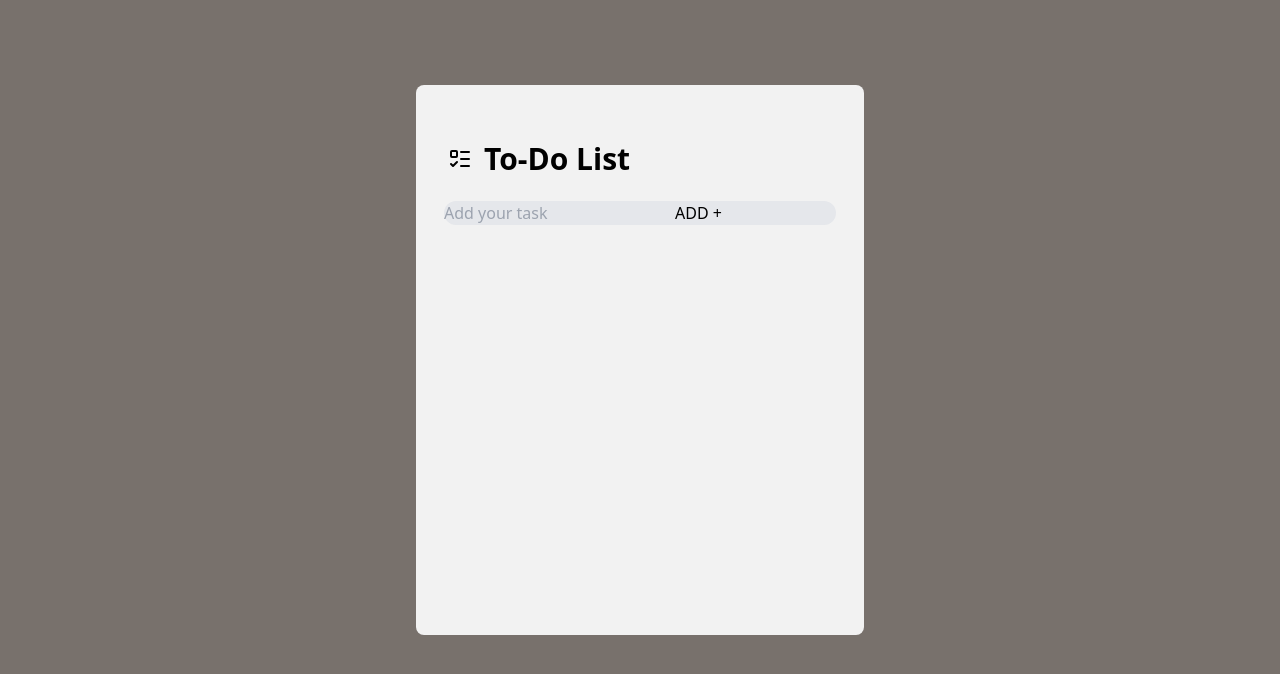
Repository: guilhermecardoso93/todolist-2025-tailwind
Page: /
These files come from the project's save history. The page is drawn as it stood at one moment and after the next save; the edit follows.
The browser window is 1280 px wide. The pictures show the whole page.
The project was rebuilt for these pictures with package versions that can differ from the ones it lists, and the page was loaded fresh each time. Also part of the build but not shown: vite.config.js.

Above is the page before, as saved 2024-11-07 20:01:09.

After the next save:
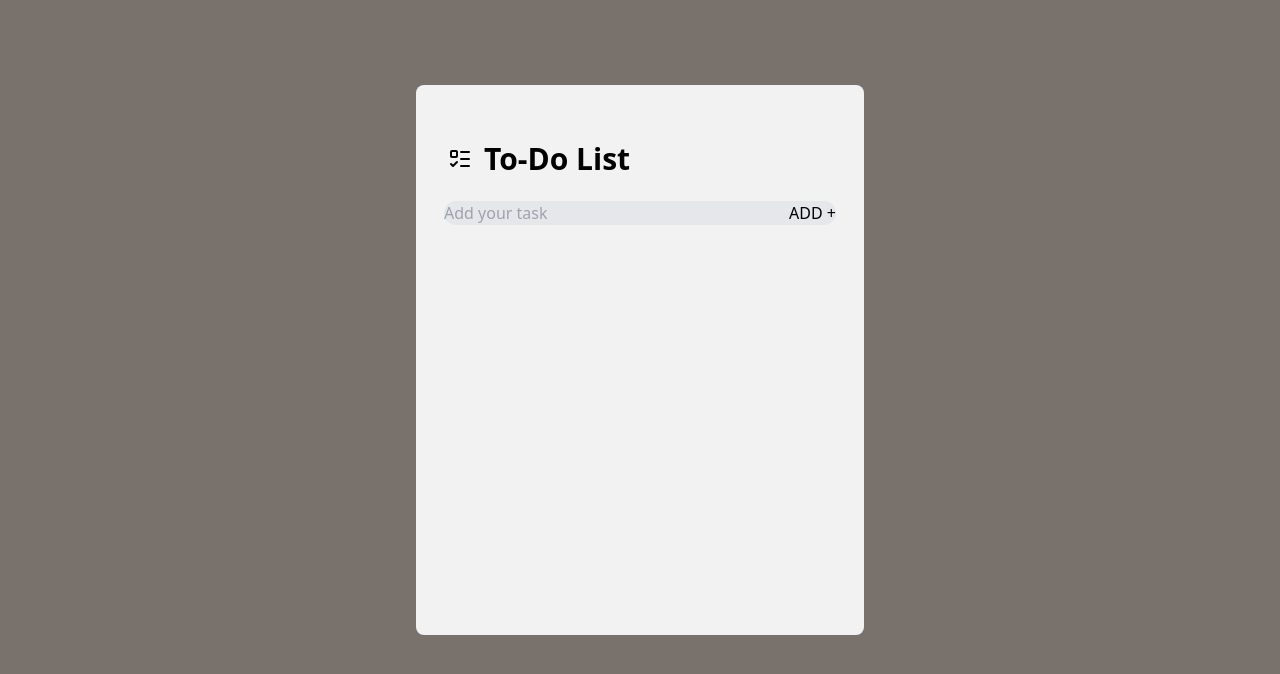
Saved 21 s later.
--- a/src/components/ToDo.jsx
+++ b/src/components/ToDo.jsx
@@ -9,7 +9,7 @@ export function ToDo() {
       </div>
 
       <div className="flex items-center my-2 bg-gray-200 rounded-full">
-        <input type="text" placeholder="Add your task" className="bg-transparent"/>
+        <input type="text" placeholder="Add your task" className="bg-transparent border-0 outline-none flex-1"/>
         <button>ADD +</button>
       </div>
     </div>
